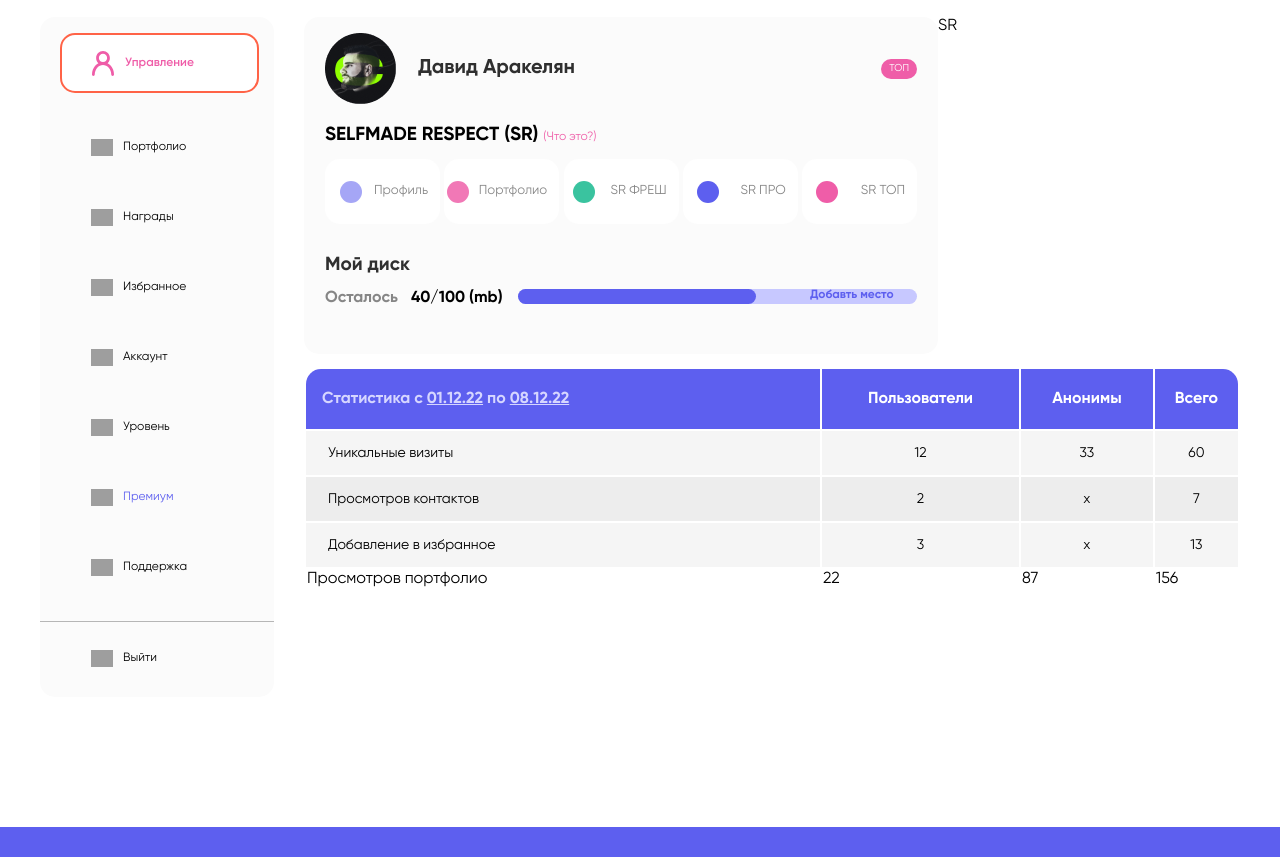
Repository: alexboagreek/selfmade
Page: index.html
The author's editor kept a copy of each file at every save. The page is drawn from the files as they stood at one save, then again after the next save.
The browser window is 1280 px wide. The pictures show the part of the page from y = 353 to 1210 px (the page is 1719 px tall).
Pictures or frames that could not be fetched are drawn as grey boxes. A picture or video elsewhere on the page could not be fetched, so the positions and the page height are approximate.

Above is the page before, as saved 2022-12-13 16:21:38.

After the next save:
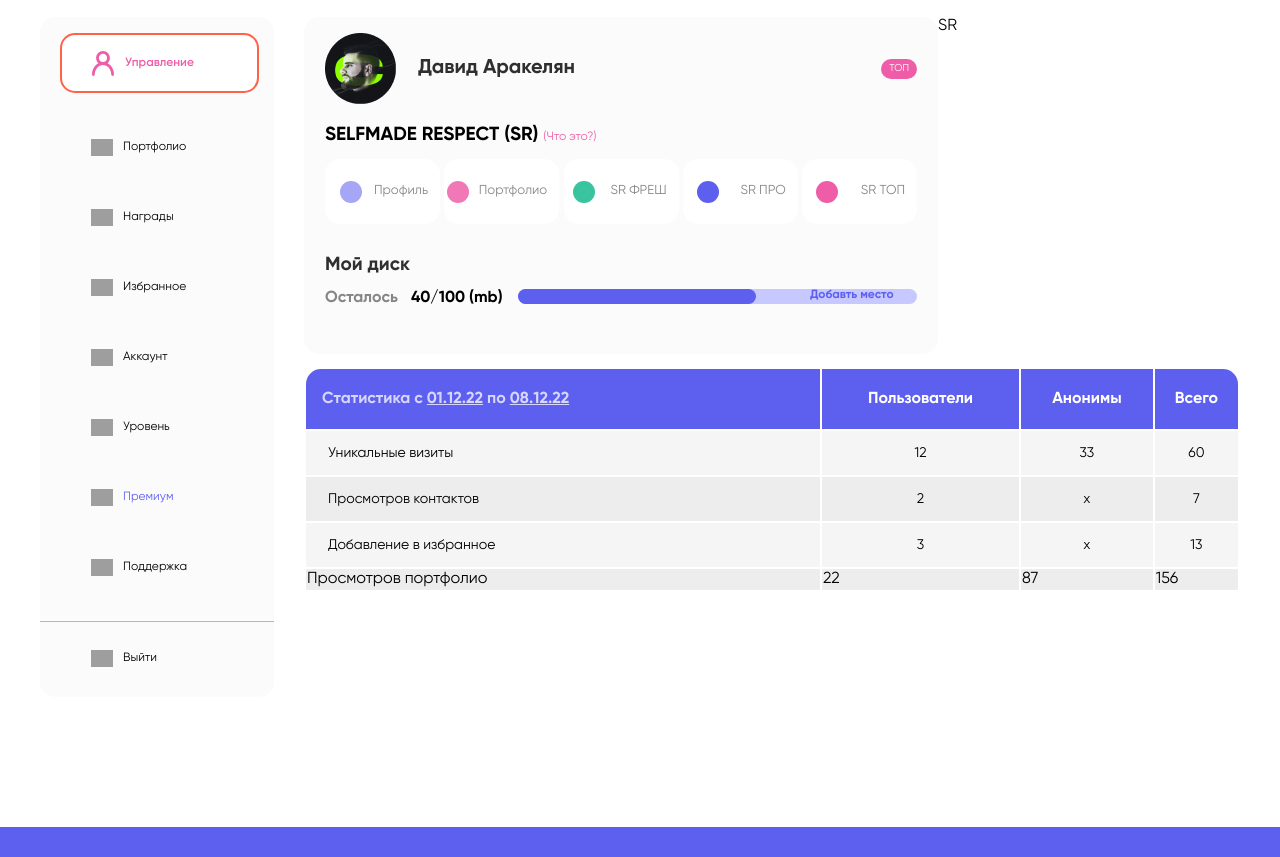
Saved 30 s later.
--- a/index.html
+++ b/index.html
@@ -126,7 +126,7 @@
                         <td class="first__row_text">x</td>
                         <td class="first__row_text">13</td>
                       </tr>
-                      <tr>
+                      <tr  class="table__second">
                         <td>Просмотров портфолио</td>
                         <td>22</td>
                         <td>87</td>
